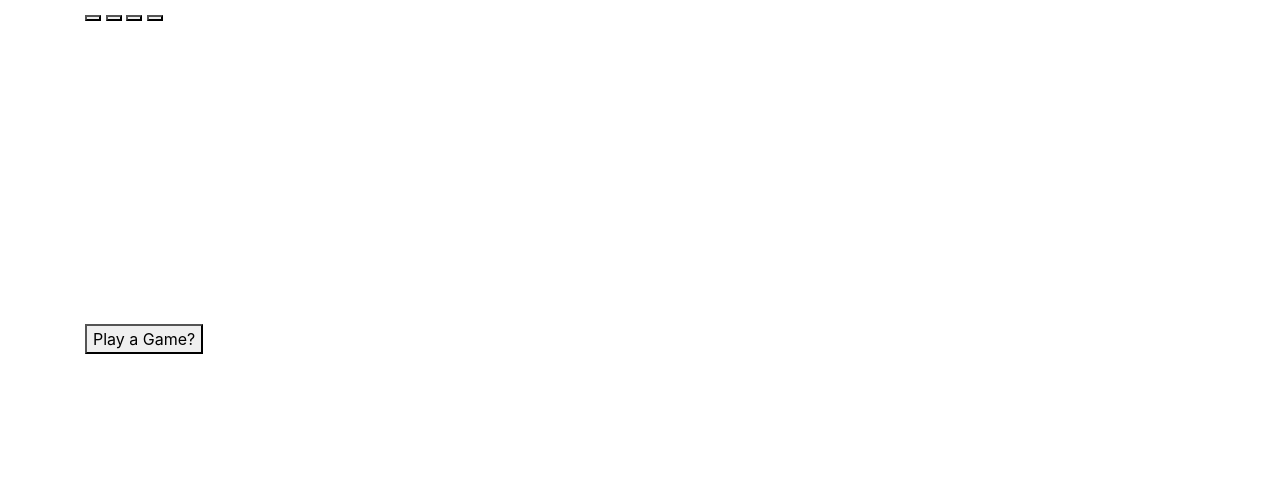
Repository: dsaftler/Trivia
Page: index.html
These files come from the project's save history. The page is drawn as it stood at one moment and after the next save; the edit follows.
The browser window is 1280 px wide. The pictures show the whole page.

Above is the page before, as saved 2019-04-13 14:13:59.

### index.html
<!DOCTYPE html>
<html lang="en">
<head>
  <meta charset="UTF-8">
  <meta name="viewport" content="width=device-width, initial-scale=1.0">
  <meta http-equiv="X-UA-Compatible" content="ie=edge">
  <link rel="stylesheet" href="https://stackpath.bootstrapcdn.com/bootstrap/4.3.1/css/bootstrap.min.css"
    integrity="sha384-ggOyR0iXCbMQv3Xipma34MD+dH/1fQ784/j6cY/iJTQUOhcWr7x9JvoRxT2MZw1T" crossorigin="anonymous">
  <!-- custom css -->
  <link rel="stylesheet" href="assets/css/style.css" type="text/css">

  <title>Trivia Game</title>
</head>
<body>
<div class="container">
  <div class="scoreElements">
   <div id="showWinsCnt"><span id="wins"></span></div>
   <div id="showLoseCnt"><span id="wrongs"></span></div>
   <div id="showMissCnt"><span id="misses"></span></div>
  </div>
  <div class='playElements'>
    <div class="showTimer"><span id="timer"></span></div>
    <div class="showQuestion"><span id="question"></span></div>
    <div class=showAnswers>
    <button class="answers" id="answer0"></button>
    <button class="answers" id="answer1"></button>
    <button class="answers" id="answer2"></button>
    <button class="answers" id="answer3"></button>
    </div>
    <div class="tmyk">
      <img class="image">
      <div class="extra"></div>
    </div>
  </div>

  <button id="newGame" onclick="initGame()">Play a Game?</button>
  <!-- <button id="temp1" onclick="newQuestion()">Next Question?</button> -->
</div>

<!-- bootstrap scripts -->
<script src="https://code.jquery.com/jquery-3.3.1.slim.min.js"
  integrity="sha384-q8i/X+965DzO0rT7abK41JStQIAqVgRVzpbzo5smXKp4YfRvH+8abtTE1Pi6jizo" crossorigin="anonymous"></script>
<script src="https://cdnjs.cloudflare.com/ajax/libs/popper.js/1.14.7/umd/popper.min.js"
  integrity="sha384-UO2eT0CpHqdSJQ6hJty5KVphtPhzWj9WO1clHTMGa3JDZwrnQq4sF86dIHNDz0W1" crossorigin="anonymous"></script>
<script src="https://stackpath.bootstrapcdn.com/bootstrap/4.3.1/js/bootstrap.min.js"
  integrity="sha384-JjSmVgyd0p3pXB1rRibZUAYoIIy6OrQ6VrjIEaFf/nJGzIxFDsf4x0xIM+B07jRM" crossorigin="anonymous"></script>
<script src="assets/javascript/app.js"></script>


</body>
</html>

### assets/css/style.css
.showTimer
.showQuestion
.showAnswer
.showWinsCnt
.showLoseCnt
.answers:hover{
  background-color: blue;
}
.image {
  height: 300px;
}
}

### assets/javascript/app.js
// Advanced game has a 30 second timer that counts down to 0 for each question !!!!!!!!!!!!  changed to 15 seconds
// If the timer is 0 OR  a wrong answer is chosen:
  // show the correct answer for 5 seconds
// display a new question
// restart the timer with no user interaction

// questions are contained in an array with question, array of answers, index of correct answer
// question shows in questionId
// "Correct"  or "Correct Answer" shows in answerId
// 4 possible answers show in 4 clickable buttons
// buttons have hover behavior
//  only one can be selected (by click)

// scores for Wins, Losses, and Unanswered are kept (correct, wrong, timer ==0)
// ask to play again in link
// click on play restarts the game without re-loading the page

var qArray =[];
var wins, wrongs, misses, seconds;
var correctAnswerId;
var timer;
var seconds;
var isNewGame = true;
var timerRunning=false;
var i;
var qArrayLength
var sayCorrect
var answerTime=10;
var displayInfoTime=4;

$(document).ready(function () {
  //initGame();  // called by newGame button
  $(".answers").click(function() {
    stopTimer();
    $(".answers").css("pointer-events","none");
    //which answer did I click?
    var target = $(this).attr("id")
    for(let j = 0; j<4; j++) {
      jtarget = "answer" + j
      //console.log(jtarget)
      if (jtarget === target){
        if (j === correctAnswerId){
          showMe("win");
        } else {
          showMe("lose");
        }
      }
    }
  });
});


function initGame() {
  wins = 0;
  wrongs = 0;
  misses = 0;
  $(".scoreElements").hide();
  $(".playElements").hide();
  // $("#showWinsCnt").hide();
  // $("#showLoseCnt").hide();
  // $("#showMissCnt").hide();
  $("#newGame").hide();
  loadQuestions();
  i = 0;
  newQuestion(i);
}

function newQuestion(i)
{
  console.log(i)
  if (i < qArrayLength){
    // show game pieces: question, answers
    $(".playElements").show();
    $("#timer").show();
    // $(".showQuestion").show();
    // $(".answers").show();
    $(".tmyk").hide();
    // $(".extra").hide();
    // $(".image").hide();
    // console.log(qArray[i]);
    q="Question "+(i+1)+":  "
    $("#question").text(q+(qArray[i].question));
    $("#answer0").text(qArray[i].ansArray[0]);
    //console.log(qArray[i].ansArray[0]);
    $("#answer1").text(qArray[i].ansArray[1]);
    $("#answer2").text(qArray[i].ansArray[2]);
    $("#answer3").text(qArray[i].ansArray[3]);
    correctAnswerId = qArray[i].correct;
    correctAnswer = qArray[i].ansArray[correctAnswerId]
    //console.log(qArray[i].ansArray[correctAnswerId]);
    info = qArray[i].extra;
    $(".answers").css("pointer-events", "auto");
    clearInterval(timer)
    seconds = answerTime;
    showTime();
    timer = setInterval(tick, 1000);
  } else {
    gameOver();
  }
}

function gameOver()
{
  $(".playElements").hide();
  // $("#timer").hide();
  // $(".showQuestion").hide();
  // $(".answers").hide();
  // $(".extra").hide();
  // $(".image").hide();
  $(".scoreElements").show();
  $("#showWinsCnt").text(wins + " Correct")
 // $("#showWinsCnt").show();

  $("#showLoseCnt").text( wrongs + " Wrong")
  //$("#showLoseCnt").show();

  $("#showMissCnt").text(  misses + " Time-Outs")
 // $("#showMissCnt").show();
  //$("#wins").text(wins);
  // $("#wrongs").text(wrongs);
  // $("#misses").text(misses);
  $("#newGame").text("Play Again?"); // calls initGame
  $("#newGame").show();
}


//  The decrement function.
function tick()
{
  seconds--;
  if (seconds < 0) {
    //  ...run the stop function.
    stopTimer()
    showMe("miss");
    return;
  }
  showTime();

}

function stopTimer()
{
  clearInterval(timer);
 // $("#answers").pointerEvents="none";
 $("#answers")
}

//  Execute the run function.
function showTime()
{
 $("#timer").html("<h2>" + seconds + "</h2>");
 //console.log(seconds);
}
function showMe(result){
  switch (result){
    case "win":
      //alert("Correct");
      sayCorrect="Correct! "
      wins++;
      break;
    case "lose":
      //alert("Incorrect");
      sayCorrect = 'The correct answer was: '  + correctAnswer
      wrongs++
      break;
    case "miss":
      $("#timer").html("<h2>Timed-Out</h2>");
      sayCorrect= 'The answer was:  ' + correctAnswer
      misses++;
      break;
   }
  showExtra();
  setTimeout(displayPause, 1000 * displayInfoTime)

  }
function showExtra(){
  imgUrl = qArray[i].image
  $(".image").attr({"src":imgUrl, "alt": qArray[i].imageAlt});

  //console.log("<img src=" + qArray[i].image + ">");
  $(".extra").html(sayCorrect + "<br/>" + qArray[i].extra);
  $(".tmyk").show();
  //$(".extra").show();
  //$(".image").show();

}
function displayPause(){
  stopTimer();
  clearTimeout();
  i++;
  newQuestion(i)
}

function loadQuestions(){
qArray = [
    {
      question: "How many moons are in our Solar System?",
      correct: 3,
      ansArray: [25, 50, 97, 181],
      image: "assets/images/Moons_of_solar_system.jpg",
      imgAlt: "Moons of the solar system",
      extra: "These moons (also known as natural satellites) vary greatly in size and quantity per planet. For example, the largest moon is Jupiter’s Ganymede, and the smallest is Mar’s Deimos. Ganymede has a diameter of 3,273 miles, and Deimos has a diameter of 7 miles."

    },
    {
      question: "What percent of the universe is dark matter? (Plus or minus 2%.)",
      correct: 1,
      ansArray: ["15%", "27%", "50%", "80%"],
      image: "assets/images/darkmatter.png",
      imgAlt:"Dark matter web",
      extra: "The rest of the universe is around 68% dark energy, and less than 5% of the universe is made up of what we would consider ‘normal’ matter. This means that roughly 80% of the mass of the universe is made up of material we cannot see."
    },
    {
      question: "What is the most common type of star found in the Milky Way?",
      correct: 1,
      ansArray: ["Neutron stars", "Red dwarf stars", "Supernovae", "G-type"],
      image: "assets/images/Red-dwarf-infographic.jpg",
      imgAlt: "Types of Stars Infographic",
      extra: "Red dwarf stars make up an estimated ¾ of all stars found in the Milky Way. The surface temperature of red dwarf stars is less than 4,000 Kelvin, and they have a very low luminosity and therefore cannot be easily seen. In fact, from Earth not one red dwarf star can be seen with the naked eye. Since they develop very slowly and are constant for trillions of years, there are actually no advanced stars of this type in our galaxy because our galaxy is too young!"
    },
    {
      question: "What is the closest star to the Sun?",
      correct: 0,
      ansArray: ["Proxima Centauri", "Tau Ceti", "51 Pegasi", "Rigel"],
      image: "assets/images/proxima_centauri_main.jpg",
      imgAlt: "Proxima Centauri",
      extra: "Proxima Centauri is a red dwarf star located in Alpha Centauri system, which is in the Centaurus constellation. Alpha Centauri is actually a triple star system with Proxima Centauri being the closest to the sun. It is 4.24 light years away from the sun, and is not visible to the naked eye from Earth."
    },
    {
      question: "What has a gravitational pull so strong that even light cannot escape it?",
      correct: 2,
      ansArray: ["Quantum Gravity", "True Love", "Black Hole", "Worm Hole"],
      image: "assets/images/blackhole.jpg",
      imgAlt: "Black Hole",
      extra: "Black holes are one of the deadliest things in the universe. They are formed when a star with a mass more than three times that of our sun dies and collapses onto itself after an explosion called a supernova. Black holes can siphon the gas out of stars until they vanish. They can even break apart and swallow planets."
    },
    {
      question: "Which NASA space flight was the last manned mission to the moon?",
      correct: 3,
      ansArray: ["Gemini 12", "Skynet 1.0", "Apollo 13","Apollo 17"],
      image: "assets/images/moon-landing.jpg",
      imgAlt: "Moon Landing",
      extra: "Apollo 17 launched on December 7, 1972 as the first night launch done by NASA. It was also the final mission of NASA’s Apollo program. Apollo 17 was the last time humans traveled beyond low Earth orbit. The mission also boasted that at the time it had the longest moon landing, largest lunar samples, longest time in orbit, and the longest total moonwalks."
    },
    {
      question: "What is the longest continuous time a human has spent in space? (Plus or minus 20 days.)",
      correct: 2,
      ansArray: ["37 days", "189 days", "437 days", "682 days"],
      image: "assets/images/poljakov.jpg",
      imgAlt: "Portrait of Poljakov",
      extra: "This amounts to more than 14 months in space. This feat was accomplished by Valeri Polyakov, a Russian astronaut who stayed aboard the Mir space station from January 1994 to March 1995. When Polyakov retired he had over 678 cumulative days in space, and his combined space time was over 22 months."
    },
    {
      question: "How much time does sun rays take to reach earth?",
      correct: 2,
      ansArray: ["58 seconds", "3.5 minutes", "8 minutes", "14 minutes"],
      image: "assets/images/Earth_to_Sun.png",
      imgAlt: "Distance to the Sun",
      extra: "The speed of light in vacuum, commonly denoted c, is a universal physical constant important in many areas of physics. Its exact value is299,792,458 meters per second (approximately 300,000 km/s (186,000 mi/s))."
    },
    {
      question: "When will Halley’s Comet will be visible from Earth again?",
      correct: 2,
      ansArray: ["2024", "2039", "2061", "2101"],
      image: "assets/images/HalleysComet.jpg",
      imgAlt: "Haley's Comet",
      extra: "Halley's Comet is arguably the most famous comet. It is a ‘periodic’ comet and returns to Earth's vicinity about every 75 years, making it possible for a human to see it twice in his or her lifetime. The last time it was here was in 1986, and it is projected to return in 2061."
    },
    {
      question: "How long was the shortest space flight?",
      correct: 0,
      ansArray: ["15 minutes", "73 minutes", "4.5 hours", "3 days"],
      image: "assets/images/freedom7.jpg",
      imgAlt: "Freedom 7 launch",
      extra: "This occurred on May 5, 1961 when Alan Shepard achieved an altitude of 115 miles in NASA’s Freedom 7. He was also the first American in space. Shepard later went on to become the oldest person to walk on the surface of the moon. He achieved this in 1971 during the Apollo 14 mission. At the time, he was 47 years old."
    }
  ]
  qArrayLength=qArray.length;
  //console.log(qArray);
};

After the next save:
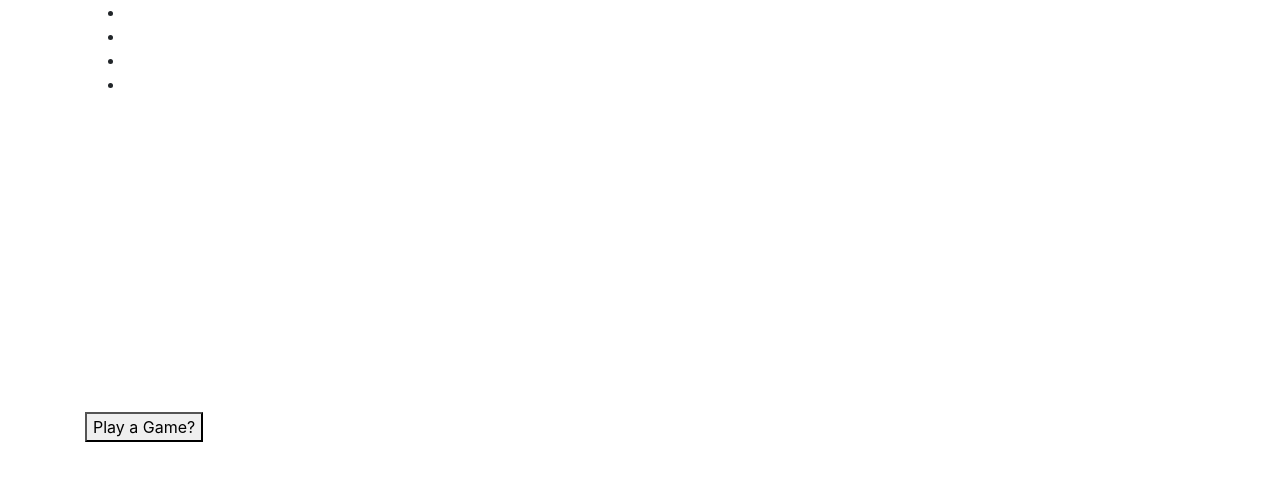
Saved 4 min 45 s later.
--- a/index.html
+++ b/index.html
@@ -21,12 +21,12 @@
   <div class='playElements'>
     <div class="showTimer"><span id="timer"></span></div>
     <div class="showQuestion"><span id="question"></span></div>
-    <div class=showAnswers>
-    <button class="answers" id="answer0"></button>
-    <button class="answers" id="answer1"></button>
-    <button class="answers" id="answer2"></button>
-    <button class="answers" id="answer3"></button>
-    </div>
+    <ul class=showAnswers>
+    <li class="answers" id="answer0"></li>
+    <li class="answers" id="answer1"></li>
+    <li class="answers" id="answer2"></li>
+    <li class="answers" id="answer3"></li>
+    </ul>
     <div class="tmyk">
       <img class="image">
       <div class="extra"></div>
